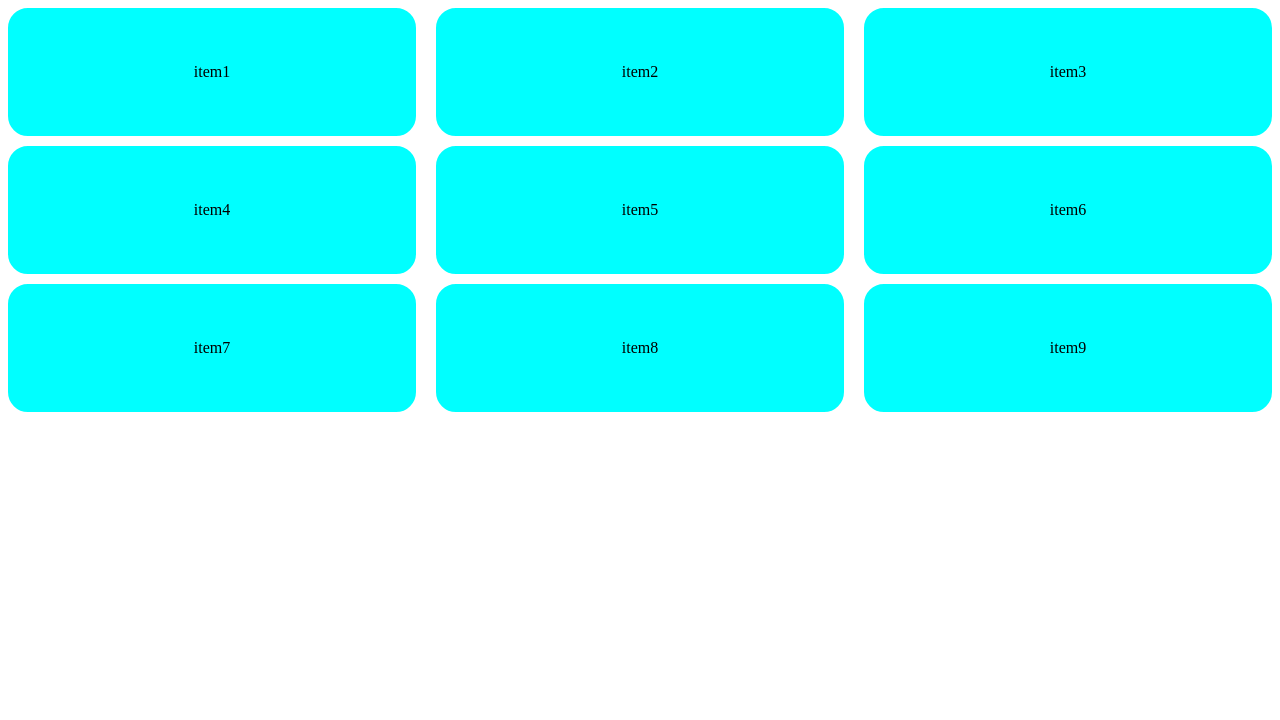
Repository: Pema-yangki/Css
Page: col.html
These files come from the project's save history. The page is drawn as it stood at one moment and after the next save; the edit follows.
The browser window is 1280 px wide. The pictures show the whole page.

Above is the page before, as saved 2024-04-05 14:41:43.

After the next save:
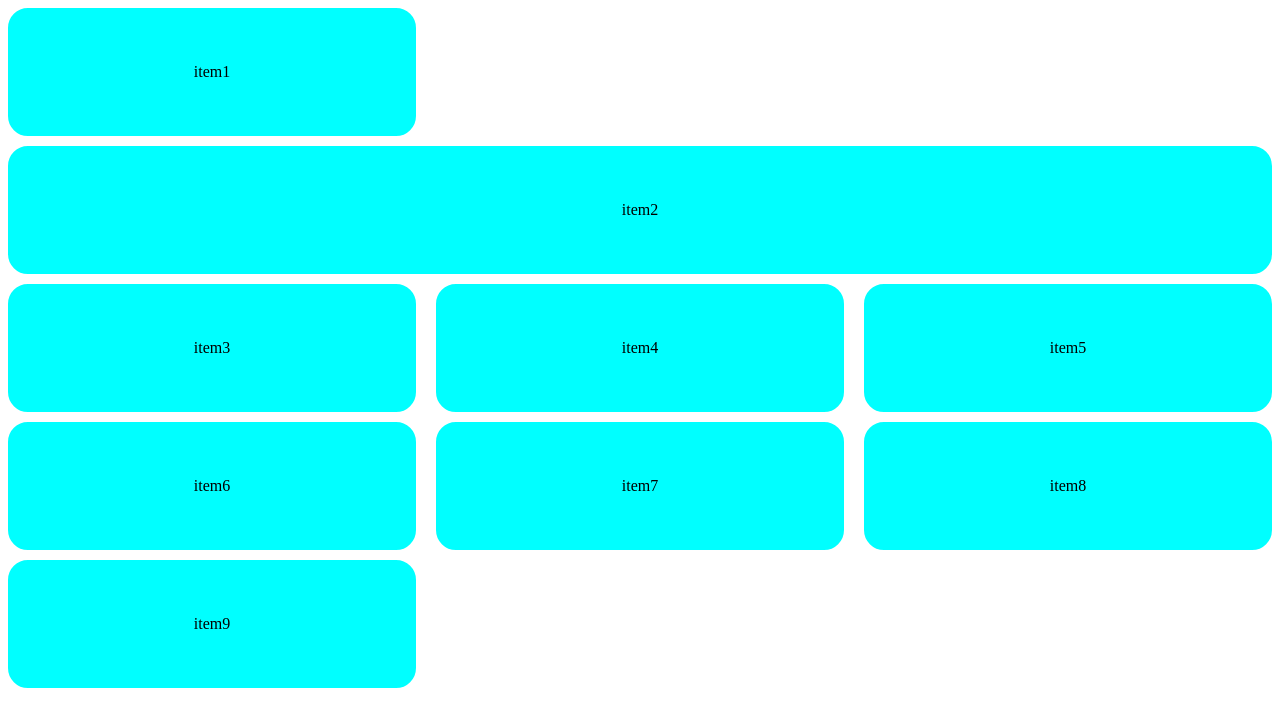
Saved 4 s later.
--- a/col.html
+++ b/col.html
@@ -30,7 +30,7 @@
         .item2{
             /* grid-column-start: 2; */
             /* grid-row-start: 2; */
-            grid-column-end: 3;
+            grid-column-end: span 3;
         }
 
         /* .item9{

After the save that followed:
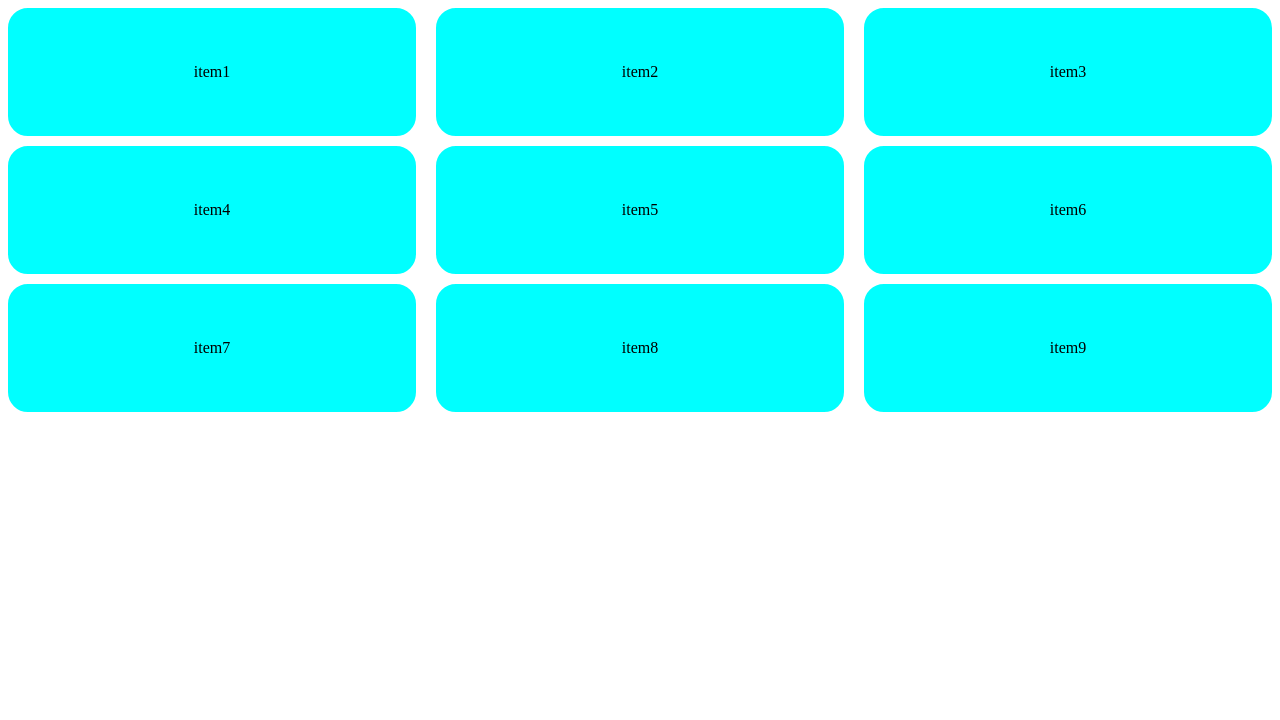
Saved 23 s later.
--- a/col.html
+++ b/col.html
@@ -30,7 +30,7 @@
         .item2{
             /* grid-column-start: 2; */
             /* grid-row-start: 2; */
-            grid-column-end: span 3;
+            /* grid-column-end: span 3; */
         }
 
         /* .item9{
